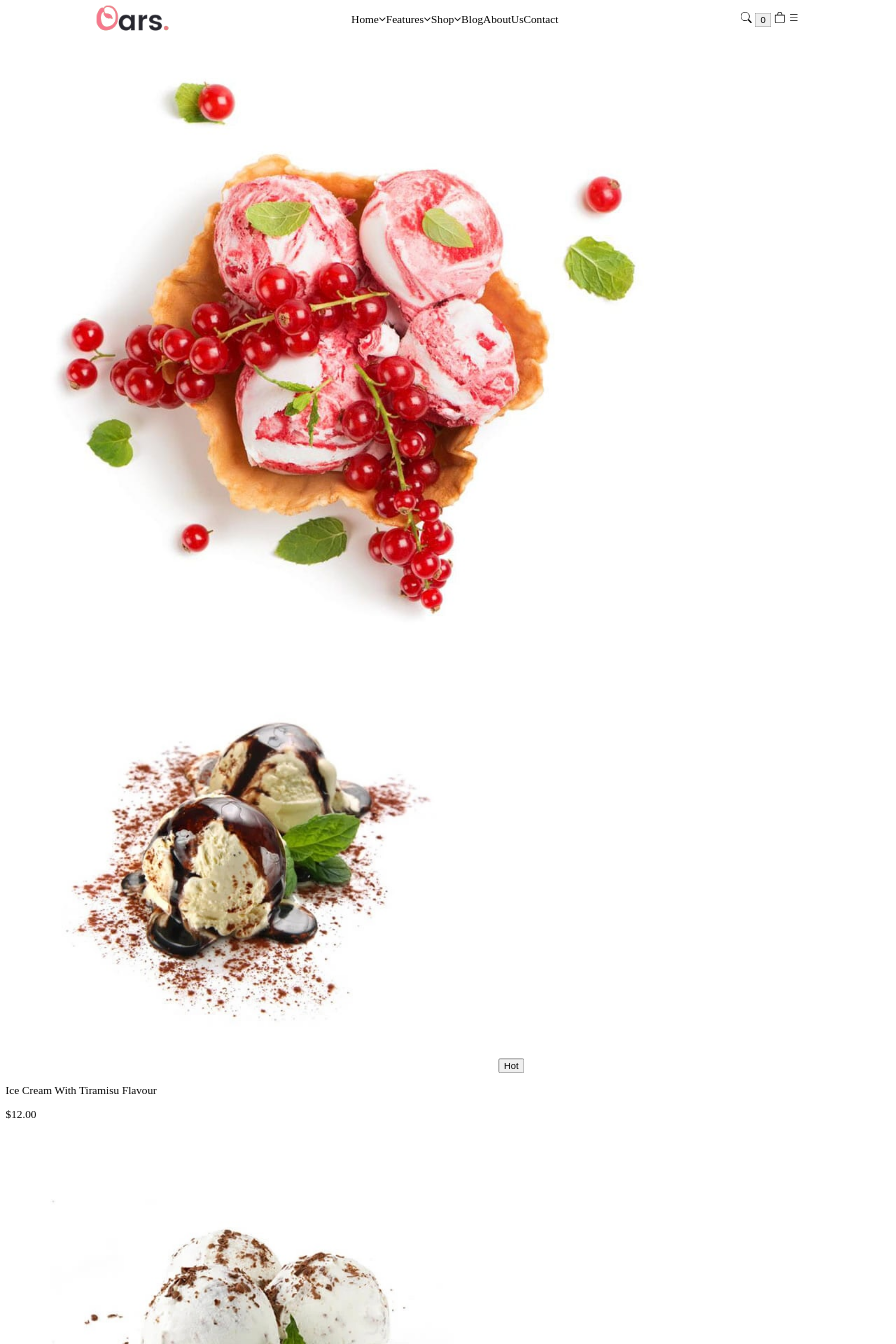
Repository: pradeepi2i/ice-cream
Page: icecream.html
The author's editor kept a copy of each file at every save. The page is drawn from the files as they stood at one save, then again after the next save.
The browser window is 1280 px wide. The pictures show the part of the page from y = 0 to 1920 px (the page is 8871 px tall), at 70% of full size.

Above is the page before, as saved 2022-11-16 12:59:48.

After the next save:
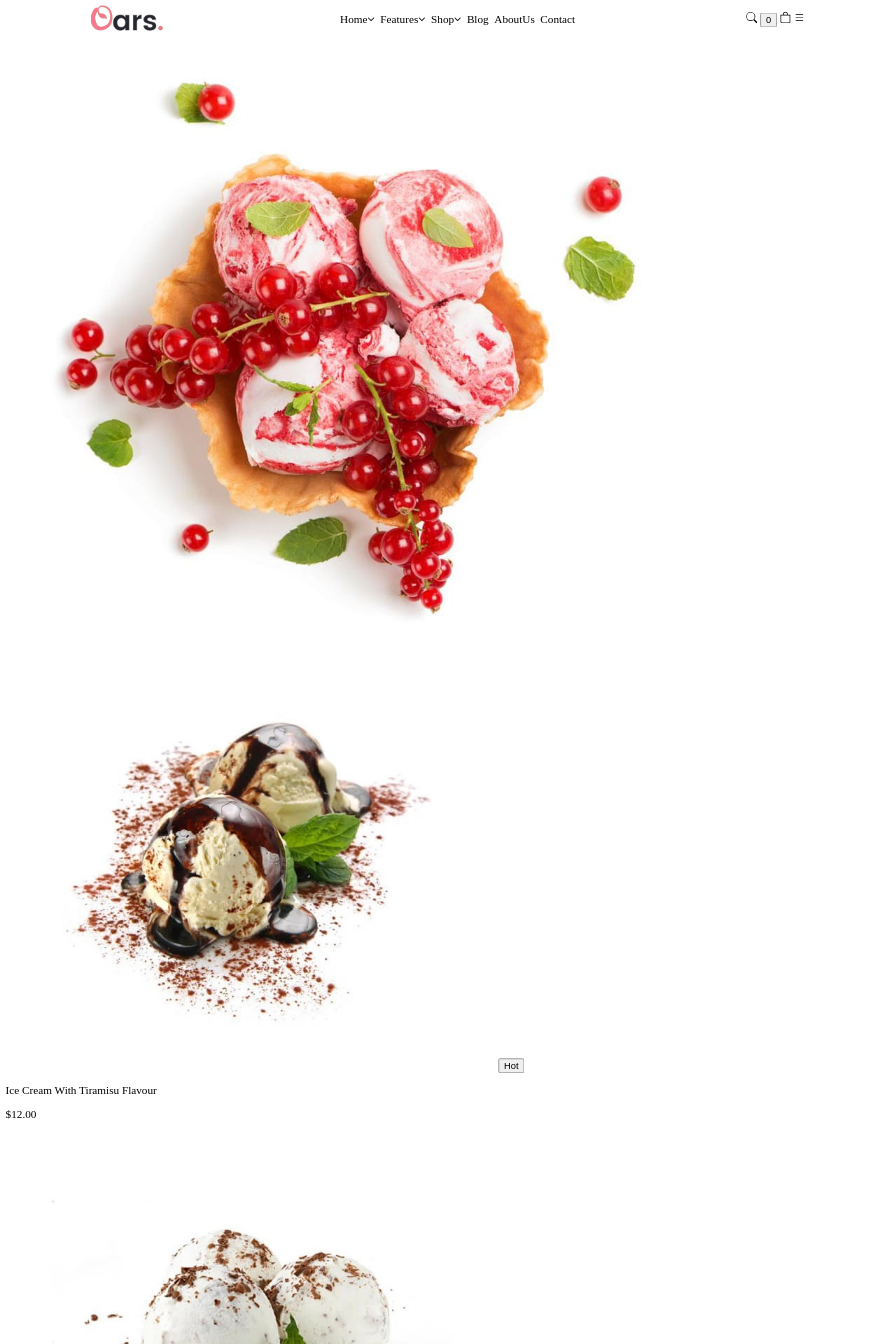
Saved 6 s later.
--- a/css/style.css
+++ b/css/style.css
@@ -8,5 +8,5 @@
     justify-content: center;
 }
 .navigation {
-    margin-left: em;
+    margin-left: .5em;
 }
